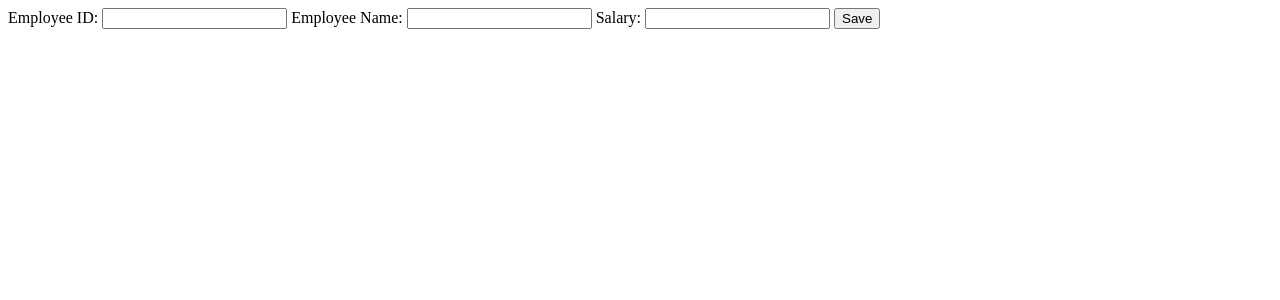
Repository: satyensingh/servlet-jsp-demos
Page: Day9/MVCDemo/WebContent/index.html
An editor plug-in stored every save of this project. The page is shown before and after the next save, followed by the edit.
The browser window is 1280 px wide. The pictures show the whole page.

Above is the page before, as saved 2018-01-21 15:37:47.

### Day9/MVCDemo/WebContent/index.html
<!DOCTYPE html>
<html>
<head>
<meta charset="UTF-8">
<title>Insert title here</title>
</head>
<body>
<form action="">
	Employee ID: <input type="text" name="txtEmpId"/>
	Employee Name: <input type="text" name="txtEmpName"/>
	Salary: <input type="text" name="txtEmpSalary"/>
	<input type="submit" value="Save"/>
</form>
</body>
</html>

After the next save:
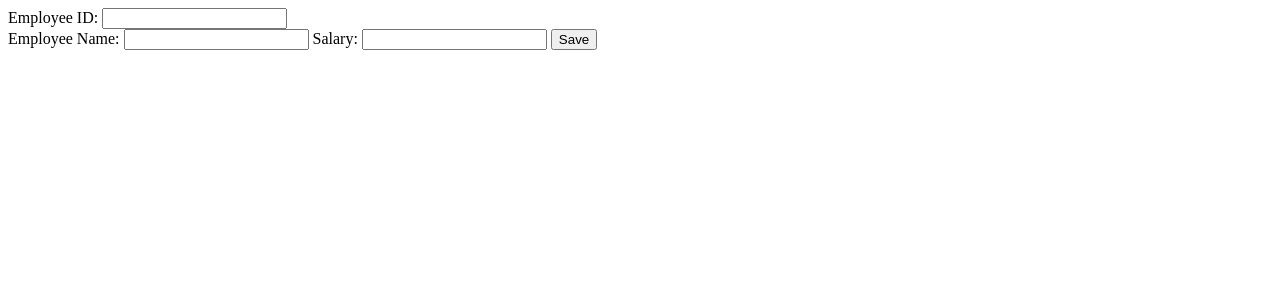
Saved 6 s later.
--- a/Day9/MVCDemo/WebContent/index.html
+++ b/Day9/MVCDemo/WebContent/index.html
@@ -6,7 +6,7 @@
 </head>
 <body>
 <form action="">
-	Employee ID: <input type="text" name="txtEmpId"/>
+	Employee ID: <input type="text" name="txtEmpId"/><br/>
 	Employee Name: <input type="text" name="txtEmpName"/>
 	Salary: <input type="text" name="txtEmpSalary"/>
 	<input type="submit" value="Save"/>
